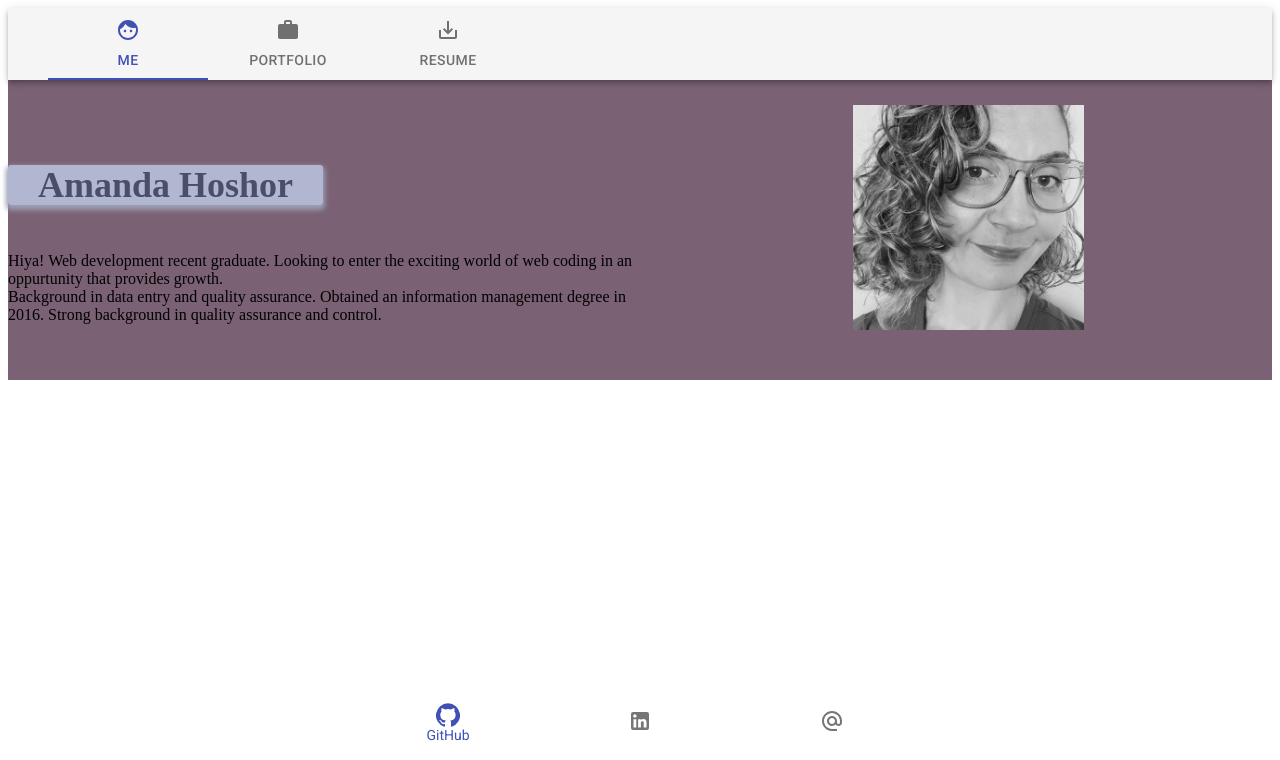
Repository: mandahos/hoshor
Page: /
These files come from the project's save history. The page is drawn as it stood at one moment and after the next save; the edit follows.
The browser window is 1280 px wide. The pictures show the whole page.
The project was rebuilt for these pictures with package versions that can differ from the ones it lists, and the page was loaded fresh each time. Also part of the build but not shown: src/components/Portfolio/index.js, src/components/Resume/index.js. Imported but missing from the stored project, and not drawn on this page: src/assets/resume/Amanda_Hoshor_Resume.PDF, src/assets/resume/Resume_Hoshor (1).pdf.

Above is the page before, as saved 2021-08-22 08:34:31.

### public/index.html
<!DOCTYPE html>
<html lang="en">
  <head>
    <meta charset="utf-8" />
    <link rel="icon" href="%PUBLIC_URL%/favicon.ico" />
    <meta name="viewport" content="width=device-width, initial-scale=1" />
    <meta name="theme-color" content="#000000" />
    <meta
      name="description"
      content="Web site created using create-react-app"
    />
    <link rel="apple-touch-icon" href="%PUBLIC_URL%/logo192.png" />
    <link rel="stylesheet" href="https://fonts.googleapis.com/css?family=Roboto:300,400,500,700&display=swap" />

    <!--
      manifest.json provides metadata used when your web app is installed on a
      user's mobile device or desktop. See https://developers.google.com/web/fundamentals/web-app-manifest/
    -->

    <link rel="stylesheet" href="https://fonts.googleapis.com/icon?family=Material+Icons" />
    <link rel="manifest" href="%PUBLIC_URL%/manifest.json" />
    <!--
      Notice the use of %PUBLIC_URL% in the tags above.
      It will be replaced with the URL of the `public` folder during the build.
      Only files inside the `public` folder can be referenced from the HTML.

      Unlike "/favicon.ico" or "favicon.ico", "%PUBLIC_URL%/favicon.ico" will
      work correctly both with client-side routing and a non-root public URL.
      Learn how to configure a non-root public URL by running `npm run build`.
    -->
    <title>Hoshor</title>
  </head>
  <body>
    <noscript>You need to enable JavaScript to run this app.</noscript>
    <div id="root"></div>
    <!--
      This HTML file is a template.
      If you open it directly in the browser, you will see an empty page.

      You can add webfonts, meta tags, or analytics to this file.
      The build step will place the bundled scripts into the <body> tag.

      To begin the development, run `npm start` or `yarn start`.
      To create a production bundle, use `npm run build` or `yarn build`.
    -->
  </body>
</html>

### src/index.js
import React from 'react';
import ReactDOM from 'react-dom';
import './css/styles.css';
import App from './App';

ReactDOM.render(
  <React.StrictMode>
    <App />

  </React.StrictMode>,
  document.getElementById('root')
);

// If you want to start measuring performance in your app, pass a function
// to log results (for example: reportWebVitals(console.log))
// or send to an analytics endpoint. Learn more: https://bit.ly/CRA-vitals

### src/css/styles.css
.App {
  font-family: Arial, Helvetica, sans-serif;
  text-align: center;
  background-color: #7A6174;
  color: white
}
h1 {
  font-size: 48px;

}
h2 {
  font-size: 14px
}
.About {
  font-family: Cambria, Cochin, Georgia, Times, 'Times New Roman', serif
}
h3 {
  text-align: left;
}

p {
  text-align: left;
}

### src/App.js
import React, { useState } from "react";
import "./css/styles.css";
import  Navigation from "./components/Navigation";
import  Footer  from "./components/Footer";
import { makeStyles } from '@material-ui/core/styles';


// import background from "./assets/images/plug.png"


export default function App() {

  return (
    <div >
      <Navigation />



        <Footer />
    </div>
  )
}

### src/components/Navigation/index.js
import React from 'react';
import PropTypes from 'prop-types';
import { makeStyles } from '@material-ui/core/styles';
import AppBar from '@material-ui/core/AppBar';
import Tabs from '@material-ui/core/Tabs';
import Tab from '@material-ui/core/Tab';

import FaceIcon from '@material-ui/icons/Face';
import WorkIcon from '@material-ui/icons/Work';
import SaveAltIcon from '@material-ui/icons/SaveAlt';

import Typography from '@material-ui/core/Typography';
import Box from '@material-ui/core/Box';

import Me from '../Me/index'
import Portfolio from '../Portfolio/index'
import Resume from '../Resume/index'

function TabPanel(props) {
  const { children, value, index, ...other } = props;

  return (
    <div
      role="tabpanel"
      hidden={value !== index}
      id={`scrollable-force-tabpanel-${index}`}
      aria-labelledby={`scrollable-force-tab-${index}`}
      {...other}
    >
      {value === index && (
        <Box p={3}>
          <Typography>{children}</Typography>
        </Box>
      )}
    </div>
  );
}

TabPanel.propTypes = {
  children: PropTypes.node,
  index: PropTypes.any.isRequired,
  value: PropTypes.any.isRequired,
};

function a11yProps(index) {
  return {
    id: `scrollable-force-tab-${index}`,
    'aria-controls': `scrollable-force-tabpanel-${index}`,
  };
}

const useStyles = makeStyles((theme) => ({
  root: {
    flexGrow: 1,
    width: '100%',
    backgroundColor: '#7a6174',
  },
}));

export default function ScrollableTabsButtonForce() {
  const classes = useStyles();
  const [value, setValue] = React.useState(0);

  const handleChange = (event, newValue) => {
    setValue(newValue);
  };


  return (
    <>
      <div className={classes.root}>
        <AppBar position="static" color="default">
          <Tabs
            value={value}
            onChange={handleChange}
            variant="scrollable"
            scrollButtons="on"
            indicatorColor="primary"
            textColor="primary"
            aria-label="scrollable force tabs example"
          >

            <Tab label="Me" icon={<FaceIcon />} {...a11yProps(0)} />
            <Tab label="Portfolio" icon={<WorkIcon />} {...a11yProps(1)} />
            <Tab label="Resume" icon={<SaveAltIcon />} {...a11yProps(2)} />
          </Tabs>
        </AppBar>


        {value === 0 && <Me />}
        {value === 1 && <Portfolio />}
        {value === 2 && <Resume />}

      </div>
    </>
  );
}

### src/components/Footer/index.js
import React from 'react';
import { makeStyles } from '@material-ui/core/styles';
import BottomNavigation from '@material-ui/core/BottomNavigation';
import BottomNavigationAction from '@material-ui/core/BottomNavigationAction';
import LinkedInIcon from '@material-ui/icons/LinkedIn';
import GitHubIcon from '@material-ui/icons/GitHub';
import AlternateEmailIcon from '@material-ui/icons/AlternateEmail';
import CSS from './footer.css'

const useStyles = makeStyles({
  root: {
    width: 500,


  },
});

export default function LabelBottomNavigation() {
  const footer = useStyles();
  const [value, setValue] = React.useState('recents');

  const handleChange = (event, newValue) => {
    setValue(newValue);
  };

  return (
    <BottomNavigation value={value} onChange={handleChange} className={footer}>
      <BottomNavigationAction a href="https://github.com/mandahos" label="GitHub" value="recents" icon={<GitHubIcon />} />
      <BottomNavigationAction a href="https://www.linkedin.com/in/amanda-hoshor/" label="LinkedIn" value="favorites" icon={<LinkedInIcon />} />
      <BottomNavigationAction a href="mailto:hoshor.manda@gmail.com" label="Email" value="nearby" icon={<AlternateEmailIcon />} />

    </BottomNavigation>
  );
}

### src/components/Me/index.js
import React from 'react';
import {
  Container,
  Stack,
  Flex,
  Box,
  Heading,
  Text,
  Image

} from '@chakra-ui/react';
import { makeStyles } from '@material-ui/core/styles';


import picture from '../../assets/images/portfolio.jpg'

const useStyles = makeStyles({
  header: {
    background: '#b1b7d1',
    border: 0,
    borderRadius: 3,
    boxShadow: '0 3px 5px 2px #9b9fb5',

    color: '#4a4e69',
    height: 48,
    padding: '0 30px',

  },
  image: '#b1b7d1',
    border: 0,
    borderRadius: 3,
    boxShadow: '0 3px 5px 2px #9b9fb5',

    color: '#4a4e69',
    height: 48,
    padding: '30px',
});

const Me = () => {
  const classes = useStyles();
  return (

    <Container maxW={'7xl'} >
      <Stack
        align={'center'}
        spacing={{ base: 8, md: 10 }}
        py={{ base: 20, md: 28 }}
        direction={{ base: 'column', md: 'row' }}
        >

        <Stack flex={1} spacing={{ base: 5, md: 10 }}>
          <Heading
            lineHeight={1.1}
            fontWeight={800}
            fontSize={36}

            >
            <Text
              as={'span'}
              position={'relative'}
              _after={{
                content: "''",
                width: 'full',
                height: '80%',
                position: 'absolute',
                bottom: 1,
                left: 0,
                bg: 'red.400',
                zIndex: -1,


              }}
              className={classes.header}>
              Amanda Hoshor
            </Text>
            <br />

          </Heading>
          <Text color={'black.500'}>
            Hiya! Web development recent graduate. Looking to enter the exciting world of web coding in an oppurtunity that provides growth.
            <br/>
            Background in data entry and quality assurance. Obtained an information management degree in 2016. Strong background in quality assurance and control.
          </Text>
          <Stack
            spacing={{ base: 4, sm: 6 }}
            direction={{ base: 'column', sm: 'row' }}>

          </Stack>
        </Stack>
        <Flex
          flex={1}
          justify={'center'}
          align={'center'}
          position={'relative'}
          w={'full'}>

          <Box
            position={'relative'}
            height={'300px'}
            rounded={'2xl'}
            boxShadow={'2xl'}
            width={'full'}
            overflow={'hidden'}>

            <Image
              alt={'Me'}
              fit={'cover'}
              align={'center'}
              padding={'25px'}
              w={'100%'}
              h={'75%'}
              src={
                picture
              }

            />
          </Box>
        </Flex>
      </Stack>
    </Container>
  );
}

export default Me;

### src/components/Footer/footer.css
.root {
    display: block;
    margin-left: auto;
    margin-right: auto;
    margin-top: 25%;
    justify-content: center;
    position: relative;
    bottom: 0;

}

After the next save:
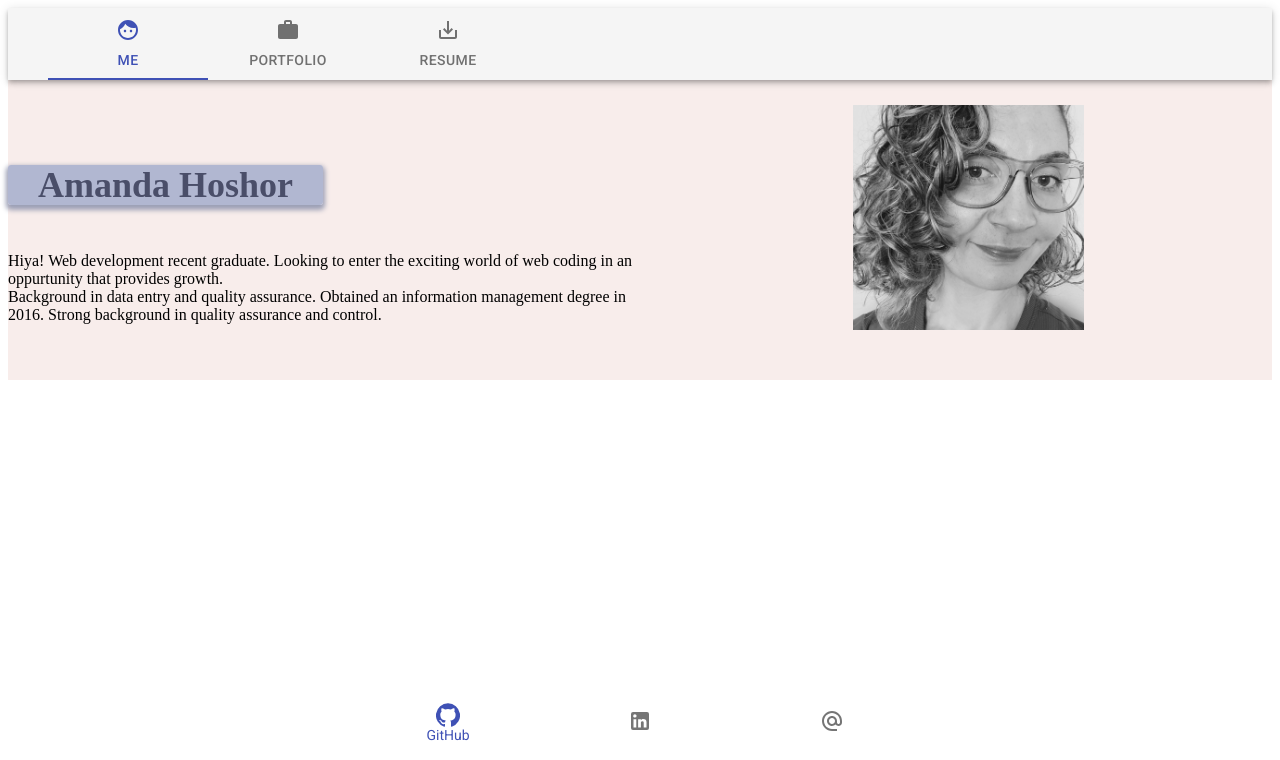
Saved 29 s later.
--- a/src/components/Navigation/index.js
+++ b/src/components/Navigation/index.js
@@ -53,7 +53,7 @@ const useStyles = makeStyles((theme) => ({
   root: {
     flexGrow: 1,
     width: '100%',
-    backgroundColor: '#7a6174',
+    backgroundColor: '#f8edeb',
   },
 }));
 
